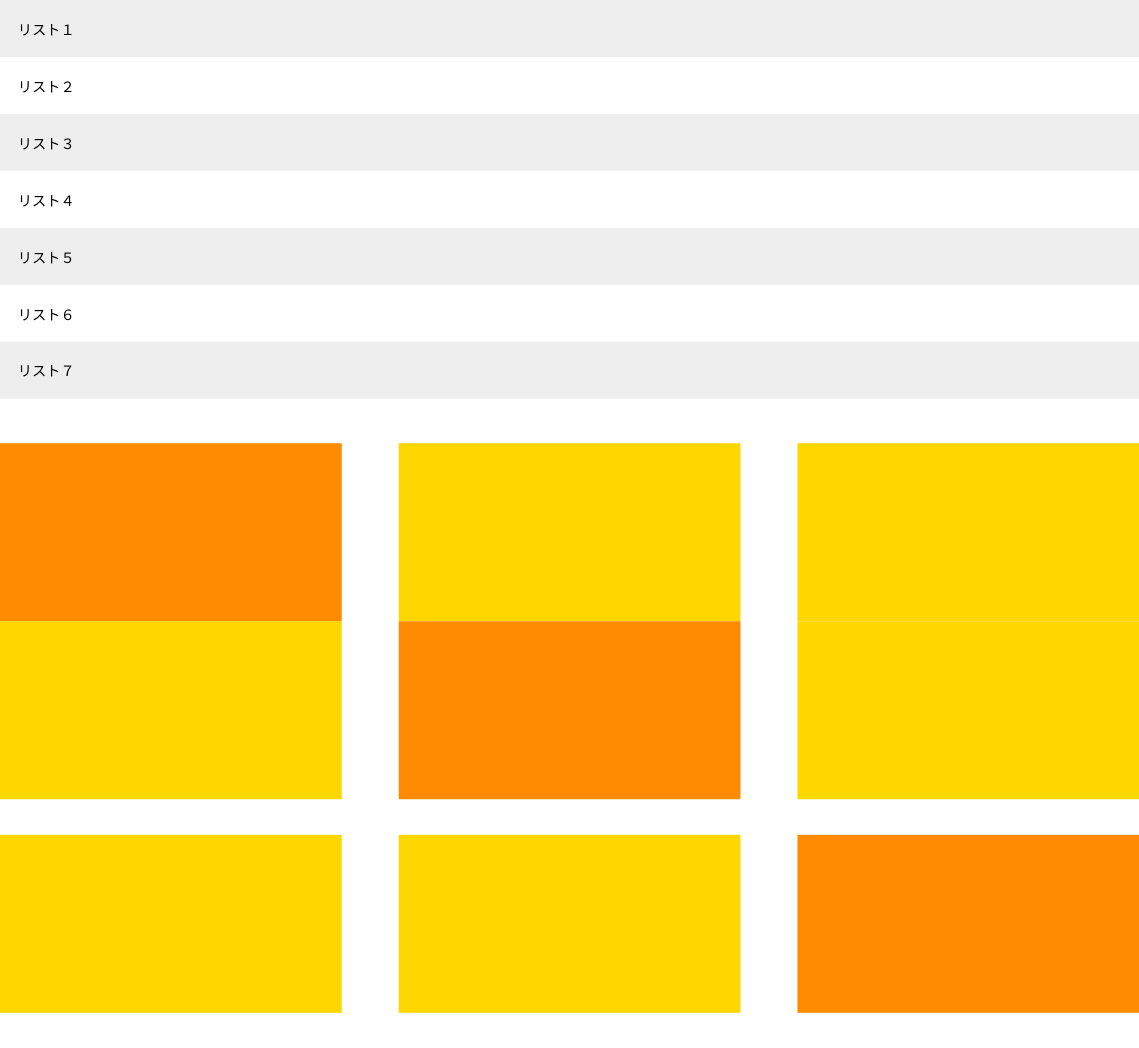
Repository: nosuyuki1002/git-practice2
Page: chapter8/8.html
The author's editor kept a record of every edit. The page is drawn from the files as they stood at one moment, then again after the next edit.
The browser window is 1280 px wide. The pictures show the whole page, at 89% of full size.

Above is the page before.

### chapter8/8.html
<!DOCTYPE html>
<html lang="ja">

  <head>

    <meta charset="UTF-8" />
    <link rel="stylesheet" href="style.css">
    <title>リスト</title>

  </head>

  <body>

   <main>
     <div class="item-list">
       <p class="list-text">リスト１</p>
       <p class="list-text">リスト２</p>
       <p class="list-text">リスト３</p>
       <p class="list-text">リスト４</p>
       <p class="list-text">リスト５</p>
       <p class="list-text">リスト６</p>
       <p class="list-text">リスト７</p>
     </div>

     <div class="main-content">
       <div class="box"></div>
       <div class="box"></div>
       <div class="box"></div>
       <div class="box"></div>
       <div class="box"></div>
       <div class="box"></div>
       <div class="box"></div>
       <div class="box"></div>
       <div class="box"></div>
     </div>
   </main>

  </body>
</html>

### chapter8/style.css
* {
  margin: 0;
  padding: 0;
  box-sizing: border-box;
}

.main {
  width: 960px;
  margin: 50px auto;
}

.item-list {
  margin-bottom: 50px;
}

.list-text {
  padding: 20px;
  list-style: none;
}

.list-text:nth-child(odd) {
  background-color: #eee;
}

.main-content {
  display: flex;
  flex-wrap: wrap;
}

.box {
  height: 200px;
  width: 30%;
  background-color: #ffd700;
  margin-right: 5%;
  margin-bottom: 40px;
}

.box:first-child,
.box:nth-child(5),
.box:last-child {
  background-color: #ff8c00;
}

.box:nth-child(3n) {
  margin-right: 0;
}

.box:nth-child(-n+3) {
  margin-bottom: 0;
}

After the next edit:
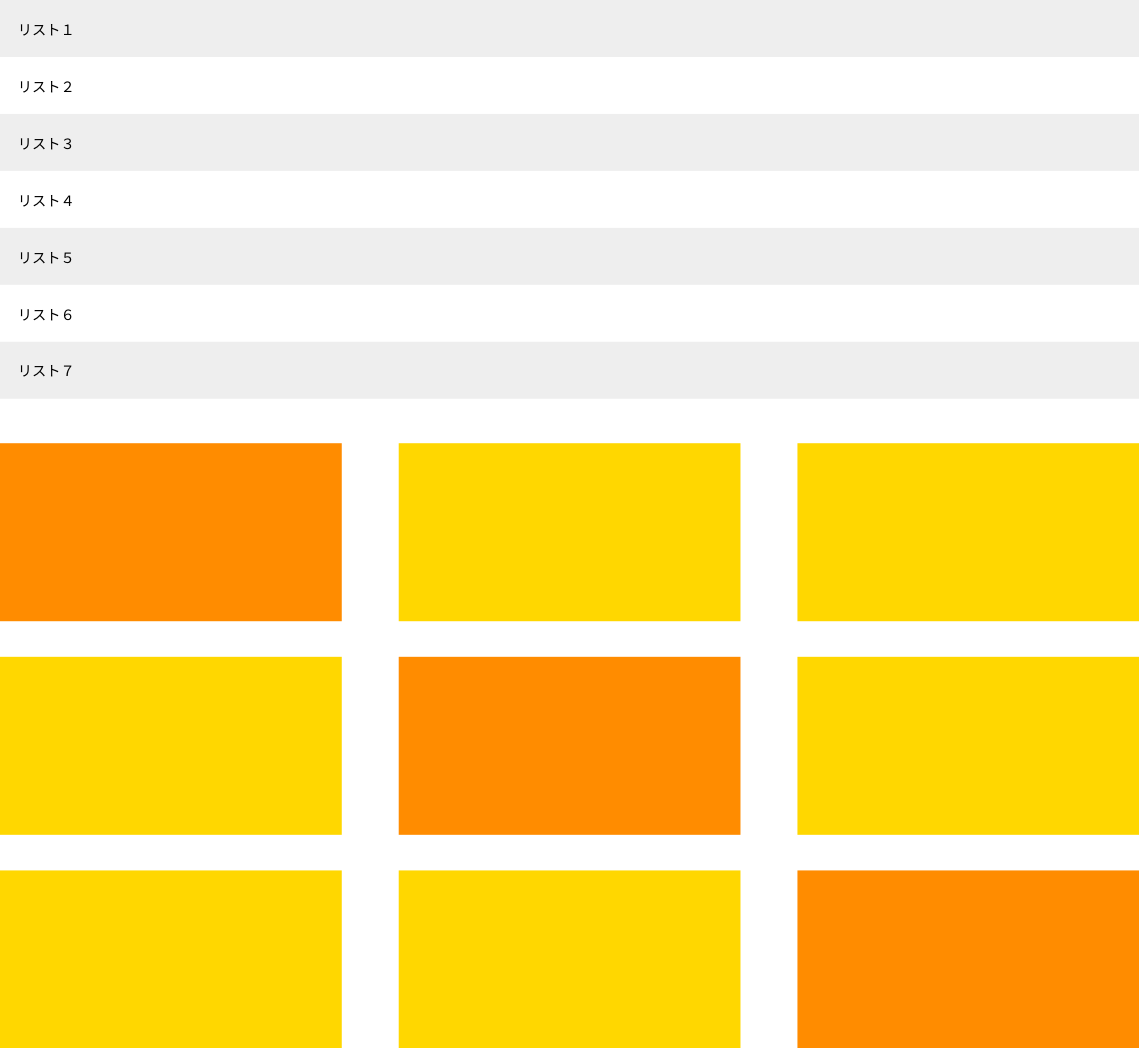
The edit:
--- a/chapter8/style.css
+++ b/chapter8/style.css
@@ -45,6 +45,6 @@
   margin-right: 0;
 }
 
-.box:nth-child(-n+3) {
+.box:nth-last-child(-n+3) {
   margin-bottom: 0;
 }
